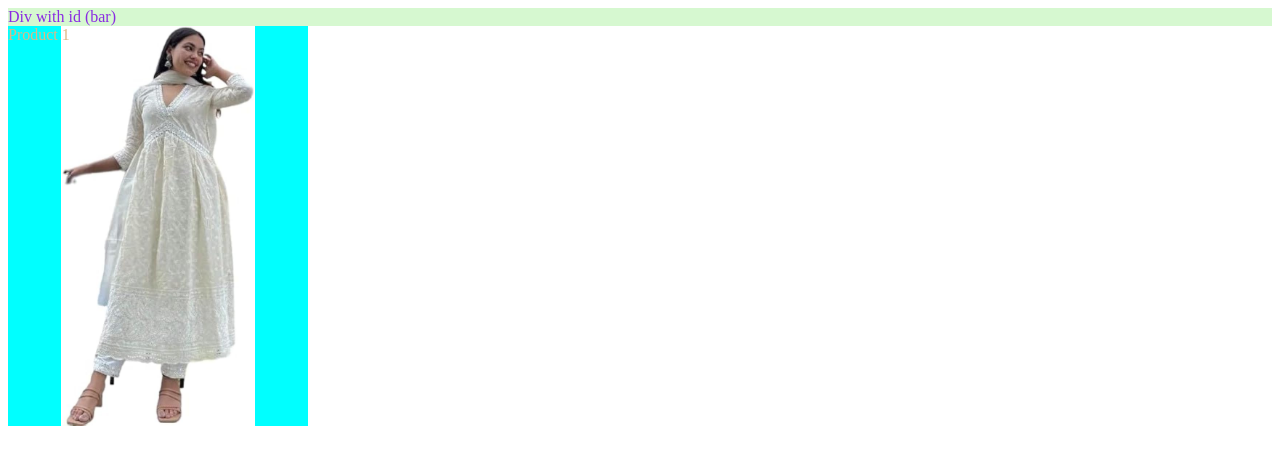
Repository: nihalani20/CSS-by-KG
Page: Practice set/index.html
The author's editor kept a copy of each file at every save. The page is drawn from the files as they stood at one save, then again after the next save.
The browser window is 1280 px wide. The pictures show the whole page.

Above is the page before, as saved 2023-11-24 18:13:35.

After the next save:
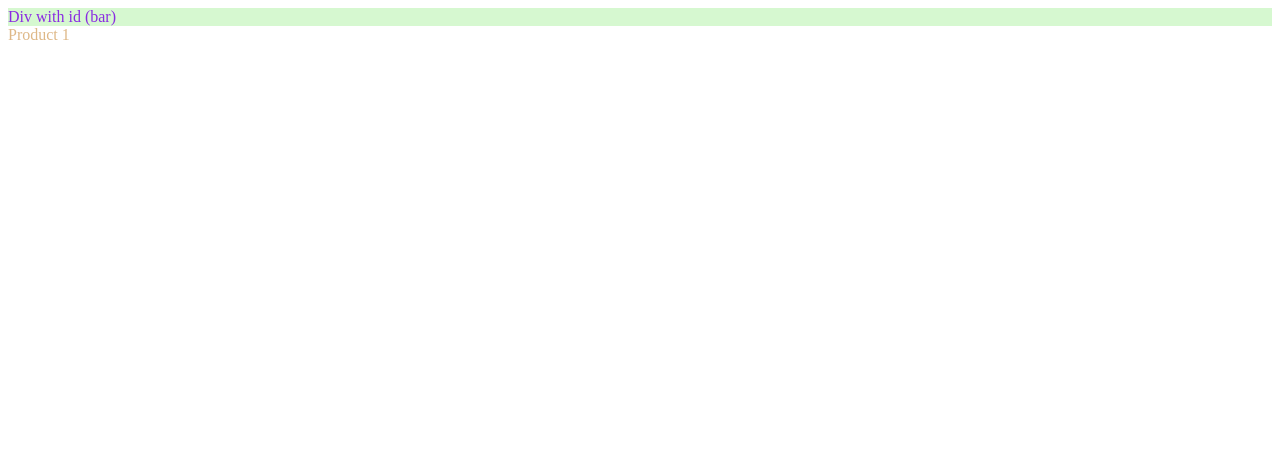
Saved 4 s later.
--- a/Practice set/index.html
+++ b/Practice set/index.html
@@ -18,13 +18,13 @@
     height: 500px;
 }
 #product{
-     height: 400px;
+     /* height: 400px;
      width:300px;
     background-image: url(images/kurt\ image.jpg);
     background-position: center;
     background-repeat: no-repeat;
     background-size: contain;
-     background-color: aqua;
+     background-color: aqua; */
 /*
      shorthand property */
     background: aqua url(images/kurt\ image.jpg) center

After the 2 saves that followed:
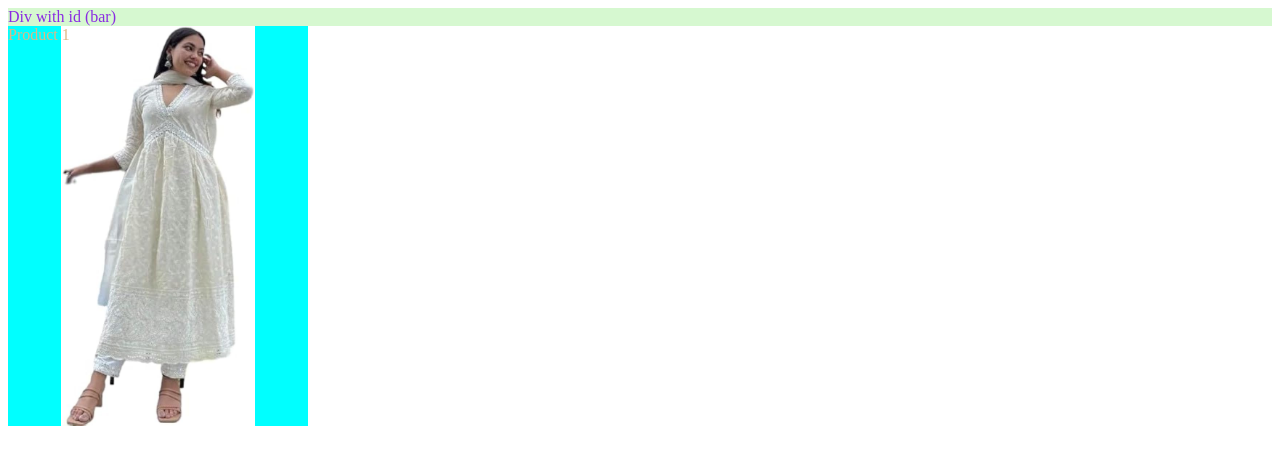
The 2 saves are shown as one change because 1 left the picture as it was.
The last was saved 44 s later.
--- a/Practice set/index.html
+++ b/Practice set/index.html
@@ -18,13 +18,13 @@
     height: 500px;
 }
 #product{
-     /* height: 400px;
+     height: 400px;
      width:300px;
     background-image: url(images/kurt\ image.jpg);
     background-position: center;
     background-repeat: no-repeat;
     background-size: contain;
-     background-color: aqua; */
+     background-color: aqua;
 /*
      shorthand property */
     background: aqua url(images/kurt\ image.jpg) center
